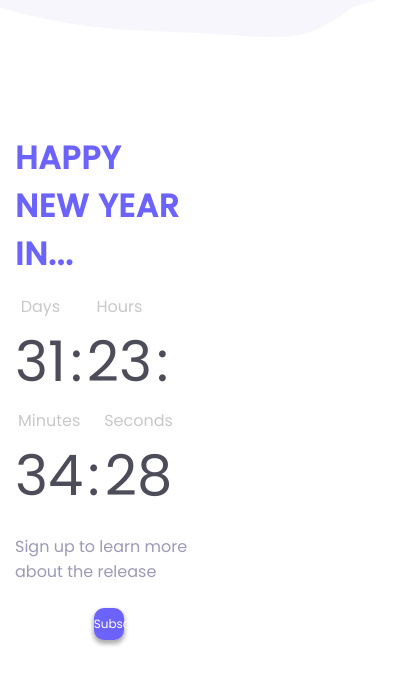
Repository: BrunoBross/countdown
Page: index.html
An editor plug-in stored every save of this project. The page is shown before and after the next save, followed by the edit.
The browser window is 375 px wide. The page is 405 px wide, so the pictures cover 405 px, including what lies to the right of the window. The pictures show the whole page.

Above is the page before, as saved 2021-11-30 01:26:07.

### index.html
<!DOCTYPE html>
<html lang="en">
<head>
  <meta charset="UTF-8">
  <meta http-equiv="X-UA-Compatible" content="IE=edge">
  <meta name="viewport" content="width=device-width, initial-scale=1.0">
  <link rel="shortcut icon" href="assets/rocket.svg" type="image/x-icon" />
  <title>Countdown</title>
  <link rel="stylesheet" href="./style.css">
  <link rel="preconnect" href="https://fonts.googleapis.com">
  <link rel="preconnect" href="https://fonts.gstatic.com" crossorigin>
  <link href="https://fonts.googleapis.com/css2?family=Poppins:wght@300;400;500&display=swap" rel="stylesheet">
</head>
<body>
  <div class="background">
    <img class="image" id="top" src="./assets/top-image.svg" alt="">
    <div class="center">
      <div class="content">
        <h1>HAPPY NEW YEAR IN...</h1>
        <div class="clock">
          <div class="time" id="days">
            <p>Days</p>
            <h1>00</h1>
          </div>
          <div class="time"><h1>:</h1></div>
          <div class="time" id="hours">
            <p>Hours</p>
            <h1>00</h1>
          </div>
          <div class="time"><h1>:</h1></div>
          <div class="time" id="minutes">
            <p>Minutes</p>
            <h1>00</h1>
          </div>
          <div class="time"><h1>:</h1></div>
          <div class="time" id="seconds">
            <p>Seconds</p>
            <h1>00</h1>
          </div>
        </div>
        <p>Sign up to learn more about the release</p>
        <button class="subscribe">Subscribe</button>
      </div>
      <img id="rocket" src="./assets/rocket.svg" alt="">
    </div>
    <img class="image" id="bottom" src="./assets/bottom-image.svg" alt="">
  </div>
</body>

<script src="./script.js"></script>
</html>

### style.css
*{
  padding: 0;
  margin: 0;
}

body{
  background-color: #FFF;
}

.background{
  height: 100vh;
  display: flex;
  flex-direction: column;
  justify-content: space-between;
}

.center{
  padding: 0 4vw;
  display: flex;
  justify-content: space-between;
  flex-wrap: wrap;
  width: 100vw;
}

.image{
  width: 100vw;
}

.clock{
  margin: 2vh 0;
  display: flex;
  gap: 1.2vw;
  align-items: flex-end;
  flex-wrap: wrap;
}

.time{
  display: flex;
  flex-direction: column;
  justify-content: center;
  align-items: center;
}

.time > p{
  font-family: 'Poppins', 'sans-serif';
  color: #C8C8C8;
}

.time > h1{
  font-family: 'Poppins', 'sans-serif';
  color: #4D4C59;
  font-size: 7vh;
  font-weight: 400;
}

.content{
  width: 50vw;
  display: flex;
  flex-direction: column;
  justify-content: center;
  align-items: center;
}

.content > h1{
  color: #6C63FF;
  font-family: 'Poppins', 'sans-serif';
  font-weight: 700;
  font-size: 4vh;
  letter-spacing: 0.2vw;
}

.content > p{
  font-family: 'Poppins', 'sans-serif';
  font-weight: 400;
  color: #9C9AB6;
}

.subscribe{
  margin-top: 3vh;
  width: 8vw;
  height: 4vh;
  border: none;
  background-color: #6C63FF;
  border-radius: 10px;
  font-family: 'Poppins', 'sans-serif';
  font-weight: 400;
  font-size: 1.5vh;
  color: #FFF;
  box-shadow: 0 3px 4px 1px #00000050;
  cursor: pointer;
  transition: 0.2s;
}

.subscribe:hover{
  filter: brightness(0.9);
}

@media only screen and (max-width: 375px) {
  #rocket{
    display: none;
  }
}

### script.js
// Set the date we're counting down to
var countDownDate = new Date("Jan 1, 2022 00:00:00").getTime();

// Update the count down every 1 second
var x = setInterval(function() {

  // Get today's date and time
  var now = new Date().getTime();

  // Find the distance between now and the count down date
  var distance = countDownDate - now;

  // Time calculations for days, hours, minutes and seconds
  var days = Math.floor(distance / (1000 * 60 * 60 * 24));
  var hours = Math.floor((distance % (1000 * 60 * 60 * 24)) / (1000 * 60 * 60));
  var minutes = Math.floor((distance % (1000 * 60 * 60)) / (1000 * 60));
  var seconds = Math.floor((distance % (1000 * 60)) / 1000);
  if(String(days).length == 1){
    days = '0'+days
  }
  if(String(hours).length == 1){
    hours = '0'+hours
  }
  if(String(minutes).length == 1){
    minutes = '0'+minutes
  }
  if(String(seconds).length == 1){
    seconds = '0'+seconds
  }

  // Display the result in the element with id="demo"
  document.querySelector("#days > h1").innerHTML = days
  document.querySelector("#hours > h1").innerHTML = hours
  document.querySelector("#minutes > h1").innerHTML = minutes
  document.querySelector("#seconds > h1").innerHTML = seconds

  // If the count down is finished, write some text
  if (distance < 0) {
    clearInterval(x);
    document.querySelector(".content > h1").innerHTML = "NEW YEAR!!";
  }
}, 1000);

After the next save:
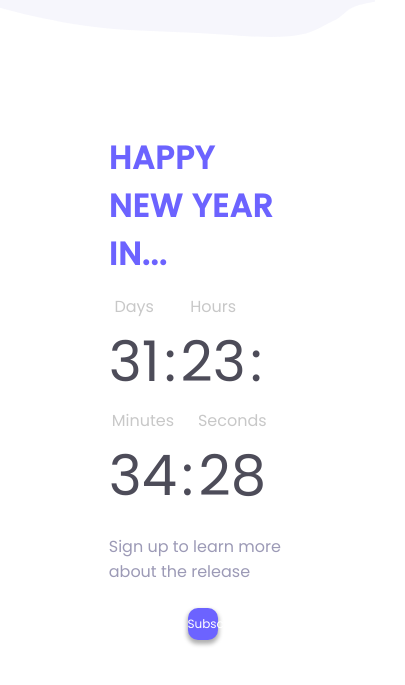
Saved 29 s later.
--- a/style.css
+++ b/style.css
@@ -99,4 +99,8 @@ body{
   #rocket{
     display: none;
   }
+
+  .center{
+    justify-content: center;
+  }
 }
